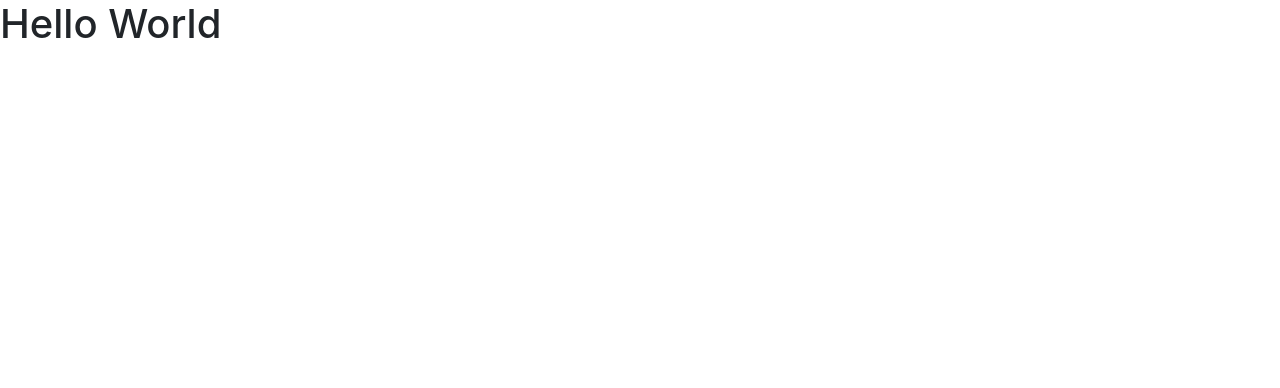
Repository: aashish22bansal/Ecommerce-Website-Using-JSP
Page: http://localhost/ITE2004_Software_Testing_Project/login.jsp
These files come from the project's save history. The page is drawn as it stood at one moment and after the next save; the edit follows.
The browser window is 1280 px wide. The pictures show the whole page.
Some web libraries are served in a nearby version. The page is served by Tomcat 9. Other server files are loaded and not shown.

Above is the page before, as saved 2022-04-16 17:10:10.

### ITE2004_Software_Testing_Project/src/main/webapp/login.jsp
<%@ page language="java" contentType="text/html; charset=UTF-8" pageEncoding="UTF-8"%>
<!DOCTYPE html>
<html>
<head>
	<title>Login</title>
	<%@include file="includes/head.jsp" %>
</head>
<body>
	<h1>Hello World</h1>
	<%@include file="includes/footer.jsp" %>
</body>
</html>

### ITE2004_Software_Testing_Project/src/main/webapp/includes/head.jsp
<meta charset="ISO-8859-1">
<link rel="stylesheet" href="https://maxcdn.bootstrapcdn.com/bootstrap/4.0.0/css/bootstrap.min.css">

### ITE2004_Software_Testing_Project/src/main/webapp/includes/footer.jsp
<script src="https://code.jquery.com/jquery-3.2.1.slim.min.js"></script>
<script src="https://cdnjscloudflare.com/ajax/libs/popper.js/1.12.9/umd/popper.min.js"></script>
<script src="https://maxcdn.bootstrapcdn.com/bootstrap/4.0.0/js/bootstrap.min.js" ></script>

After the next save:
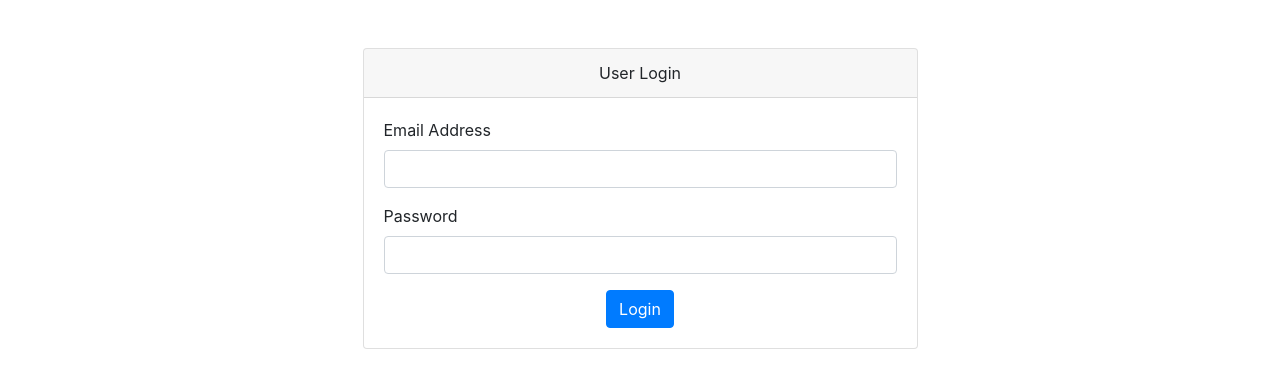
Saved 6 min 28 s later.
--- a/ITE2004_Software_Testing_Project/src/main/webapp/login.jsp
+++ b/ITE2004_Software_Testing_Project/src/main/webapp/login.jsp
@@ -6,7 +6,26 @@
 	<%@include file="includes/head.jsp" %>
 </head>
 <body>
-	<h1>Hello World</h1>
+	<div class="container">
+		<div class="card w-50 mx-auto my-5">
+			<div class="card-header text-center">User Login</div>
+			<div class="card-body">
+				<form action="" method="post">
+					<div class="form-group">
+						<label>Email Address</label>
+						<input type="email" class="form-control" name="login-email" placehholder="Enter your Email" required>
+					</div>
+					<div class="form-group">
+						<label>Password</label>
+						<input type="password" class="form-control" name="login-password" placehholder="Enter your Password" required>
+					</div>
+					<div class="text-center">
+						<button type="submit" class="btn btn-primary">Login</button>
+					</div>
+				</form>
+			</div>
+		</div>
+	</div>
 	<%@include file="includes/footer.jsp" %>
 </body>
 </html>
